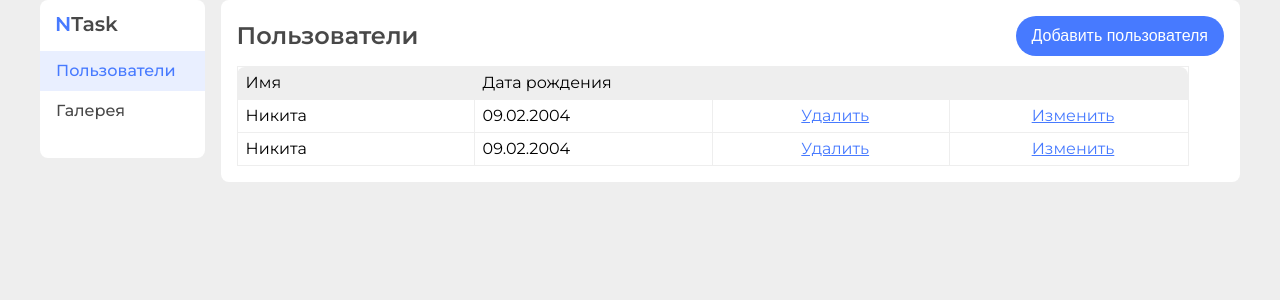
Repository: Grid-Master/NTask
Page: /
The author's editor kept a copy of each file at every save. The page is drawn from the files as they stood at one save, then again after the next save.
The browser window is 1280 px wide. The pictures show the whole page.
The project was rebuilt for these pictures with package versions that can differ from the ones it lists, and the page was loaded fresh each time.

Above is the page before, as saved 2023-06-05 11:33:44.

After the next save:
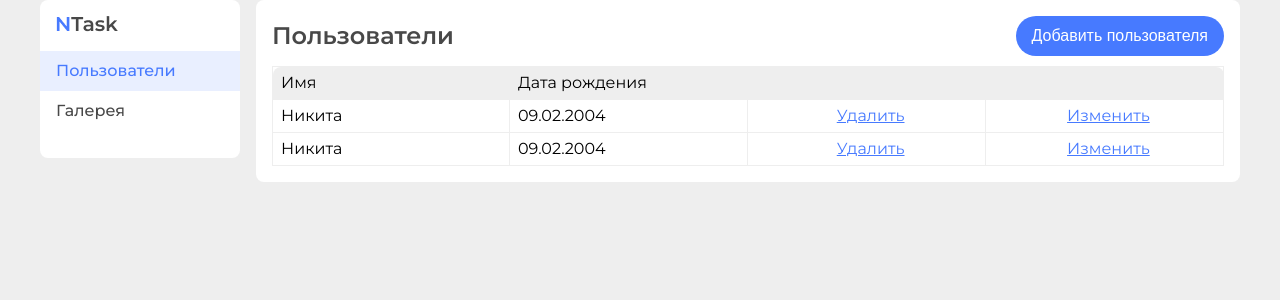
Saved 31 s later.
--- a/src/components/userList/userList.sass
+++ b/src/components/userList/userList.sass
@@ -1,5 +1,5 @@
 .userList
-    width: 100%
+    // width: 100%
     background: #FFFFFF
     border-radius: 8px
     padding: 16px
